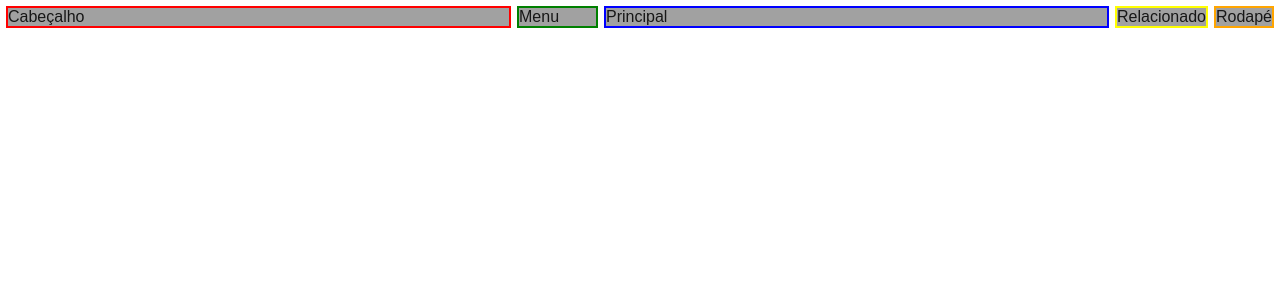
Repository: AleOi3/htmlTemplate
Page: /temp_one
An editor plug-in stored every save of this project. The page is shown before and after the next save, followed by the edit.
The browser window is 1280 px wide. The pictures show the whole page.
The project was rebuilt for these pictures with package versions that can differ from the ones it lists, and the page was loaded fresh each time. The framework's server and built-in components were replaced by stand-ins that run in the browser. Also part of the build but not shown: next.config.ts.

Above is the page before, as saved 2024-12-09 00:35:29.

### src/app/temp_one/page.tsx
const TemplateOnePage = () => {
    return <div style={{display:"flex"}}>
        <header style={{
            border: '2px solid red',
            margin: 3,
            display: 'flex',
            flex: '1 1 100vw',
            background: '#a1a1a1'
        }}>
            Cabeçalho
        </header>
        <nav style={{
            border: '2px solid green',
            margin: 3,
            display: 'flex',
            flex: '1 1 200px',
            background: '#a1a1a1'

        }}>Menu</nav>
        <main style={{
            border: '2px solid blue',
            margin: 3,
            display: 'flex',
            flex: '20 1 100vw',
            background: '#a1a1a1'

        }}>Principal</main>
        <aside style={{
            border: '2px solid yellow',
            margin: 3,
            display: 'flex',
            flex: '1 1 200px',
            background: '#a1a1a1'

        }}>Relacionado</aside>
        <footer style={{
            border: '2px solid orange',
            margin: 3,
            display: 'flex',
            background: '#a1a1a1'


        }}>Rodapé</footer>

    </div>
}

export default TemplateOnePage;

### src/app/globals.css
:root {
  --background: #ffffff;
  --foreground: #171717;
}

@media (prefers-color-scheme: dark) {
  :root {
    --background: #0a0a0a;
    --foreground: #ededed;
  }
}

html,
body {
  max-width: 100vw;
  overflow-x: hidden;
}

body {
  color: var(--foreground);
  background: var(--background);
  font-family: Arial, Helvetica, sans-serif;
  -webkit-font-smoothing: antialiased;
  -moz-osx-font-smoothing: grayscale;
  margin: 3px;
  flex: 1 1 100vw;
}

* {
  box-sizing: border-box;
  padding: 0;
  margin: 0;
}

a {
  color: inherit;
  text-decoration: none;
}

@media (prefers-color-scheme: dark) {
  html {
    color-scheme: dark;
  }
}

Loaded but not shown: src/app/layout.tsx (common file)

After the next save:
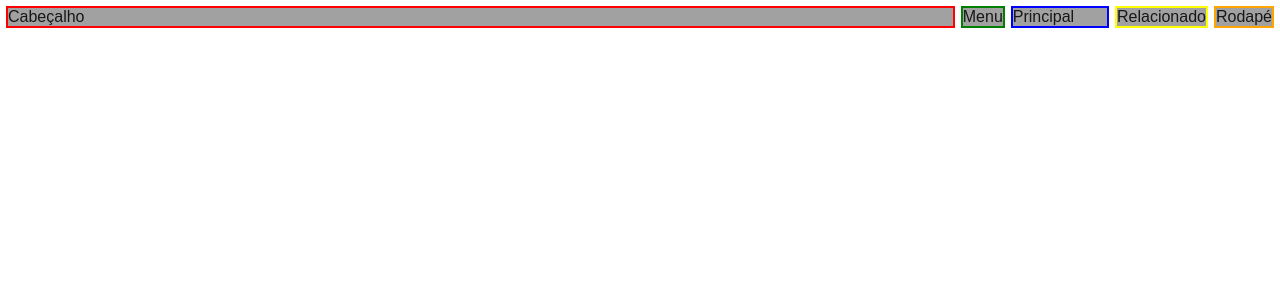
Saved 28 s later.
--- a/src/app/temp_one/page.tsx
+++ b/src/app/temp_one/page.tsx
@@ -4,7 +4,7 @@ const TemplateOnePage = () => {
             border: '2px solid red',
             margin: 3,
             display: 'flex',
-            flex: '1 1 100vw',
+            flex: '1 1 1000vw',
             background: '#a1a1a1'
         }}>
             Cabeçalho
